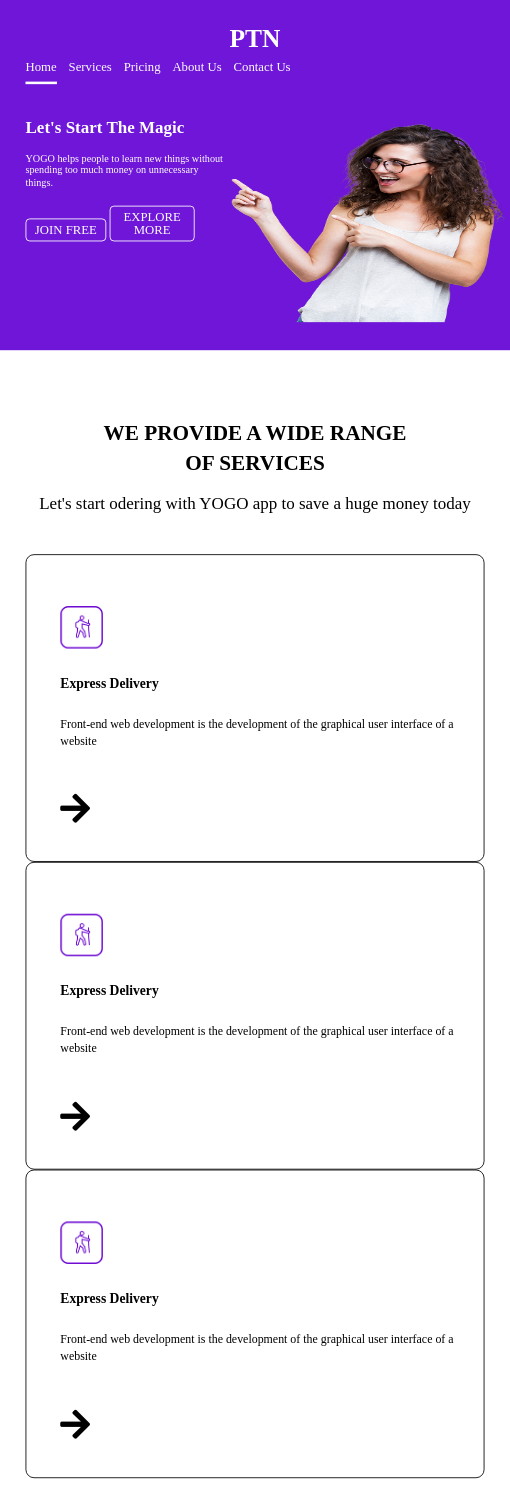
Repository: PhamTrungNguyen/LuyenTap
Page: index.html
An editor plug-in stored every save of this project. The page is shown before and after a run of saves, followed by the edit.
The browser window is 600 px wide. The pictures show the whole page, at 85% of full size.
Some web fonts or font styles are not loaded; a fallback is used. The style sheet was rebuilt from its Sass, Less or Tailwind sources for each picture, by a compiler version that may differ from the author's.

Above is the page before, as saved 2021-12-05 21:57:59.

### index.html
<!DOCTYPE html>
<html lang="en">

<head>
    <meta charset="UTF-8">
    <meta http-equiv="X-UA-Compatible" content="IE=edge">
    <meta name="viewport" content="width=device-width, initial-scale=1.0">
    <title>TN_YoGo</title>
    <link rel="stylesheet" href="./reset.css">
    <link rel="stylesheet" href="./style.css">
    <!-- link truyền icon -->
    <link rel="stylesheet" href="https://cdnjs.cloudflare.com/ajax/libs/font-awesome/5.15.3/css/all.min.css"
        integrity="sha512-iBBXm8fW90+nuLcSKlbmrPcLa0OT92xO1BIsZ+ywDWZCvqsWgccV3gFoRBv0z+8dLJgyAHIhR35VZc2oM/gI1w=="
        crossorigin="anonymous" referrerpolicy="no-referrer" />
    <!-- link font chữ -->
    <link
        href="https://fonts.googleapis.com/css2?family=Roboto:ital,wght@0,300;0,400;1,300;1,400&family=Zen+Loop&display=swap"
        rel="stylesheet">
</head>

<body>
    <!-- -------------------- Logo và menu -------------------- -->
    <header class="header">
        <div class="container">
            <div class="header-main">
                <a href="#" class="header-main_logo">PTN</a>
                <ul class="header-main_menu">
                    <li class="header-main_menu__item">
                        <a href="" class="header-main_menu__link active-home">Home</a>
                    </li>
                    <li class="header-main_menu__item">
                        <a href="" class="header-main_menu__link">Services</a>
                    </li>
                    <li class="header-main_menu__item">
                        <a href="" class="header-main_menu__link">Pricing</a>
                    </li>
                    <li class="header-main_menu__item">
                        <a href="" class="header-main_menu__link">About Us</a>
                    </li>
                    <li class="header-main_menu__item">
                        <a href="" class="header-main_menu__link">Contact Us</a>
                    </li>
                </ul>
            </div>
            <!-- -------------------- Phần header trung tâm -------------------- -->
            <div class="header-center">
                <div class="header-left">
                    <h2 class="header-left_title">Let's Start The Magic</h2>
                    <p class="header-left_desc">YOGO helps people to learn new things without spending too much money on
                        unnecessary things.</p>
                    <div class="header-left_click">
                        <a href="" class="header-left_link">join free</a>
                        <a href="" class="header-left_link">explore more</a>
                    </div>
                </div>
                <div class="header-right">
                    <img src="./images/home-pic.png" alt="" class="header-right_image">
                </div>
            </div>
        </div>
    </header>
    <!-- -------------------- Phần service ( dưới header ) -------------------- -->
    <section class="service">
        <div class="container">
            <div class="service-over">
                <h2 class="service-over_title">we provide a wide range of services</h2>
                <p class="service-over_desc">Let's start odering with YOGO app to save a huge money today</p>
            </div>
            <div class="service-below">
                <div class="service-below--list">
                    <div class="service-below--block">
                        <img src="./images/Icon-1.png" alt="" class="service-below_icon">
                        <h3 class="service-below_title">Express Delivery</h3>
                        <span class="service-below_desc">Front-end web development is the development of the graphical user interface of a website</span>
                        <div class="service-below_item">
                            <i class="fas fa-arrow-right"></i>
                        </div>
                    </div>
                </div>
                <div class="service-below--list">
                    <div class="service-below--block">
                        <img src="./images/Icon-1.png" alt="" class="service-below_icon">
                        <h3 class="service-below_title">Express Delivery</h3>
                        <span class="service-below_desc">Front-end web development is the development of the graphical user interface of a website</span>
                        <div class="service-below_item">
                            <i class="fas fa-arrow-right"></i>
                        </div>
                    </div>
                </div>
                <div class="service-below--list">
                    <div class="service-below--block">
                        <img src="./images/Icon-1.png" alt="" class="service-below_icon">
                        <h3 class="service-below_title">Express Delivery</h3>
                        <span class="service-below_desc">Front-end web development is the development of the graphical user interface of a website</span>
                        <div class="service-below_item">
                            <i class="fas fa-arrow-right"></i>
                        </div>
                    </div>
                </div>

            </div>
        </div>
    </section>

</body>

</html>

### reset.css
/* http://meyerweb.com/eric/tools/css/reset/
   v2.0 | 20110126
   License: none (public domain)
*/

html,
body,
div,
span,
applet,
object,
iframe,
h1,
h2,
h3,
h4,
h5,
h6,
p,
blockquote,
pre,
a,
abbr,
acronym,
address,
big,
cite,
code,
del,
dfn,
em,
img,
ins,
kbd,
q,
s,
samp,
small,
strike,
strong,
sub,
sup,
tt,
var,
b,
u,
i,
center,
dl,
dt,
dd,
ol,
ul,
li,
fieldset,
form,
label,
legend,
table,
caption,
tbody,
tfoot,
thead,
tr,
th,
td,
article,
aside,
canvas,
details,
embed,
figure,
figcaption,
footer,
header,
hgroup,
menu,
nav,
output,
ruby,
section,
summary,
time,
mark,
audio,
video {
  margin: 0;
  padding: 0;
  border: 0;
  font-size: 100%;
  font: inherit;
  vertical-align: baseline;
}
/* HTML5 display-role reset for older browsers */
article,
aside,
details,
figcaption,
figure,
footer,
header,
hgroup,
menu,
nav,
section {
  display: block;
}
body {
  line-height: 1;
}
ol,
ul {
  list-style: none;
}
blockquote,
q {
  quotes: none;
}
blockquote:before,
blockquote:after,
q:before,
q:after {
  content: "";
  content: none;
}
table {
  border-collapse: collapse;
  border-spacing: 0;
}

### style.scss
html {
  font-size: 62.5%;
}
* {
  box-sizing: border-box;
}
body {
  font-family: "Bona Nova", serif;
  font-size: 1.6rem;
  font-weight: normal;
  outline: none;
}
a {
  text-decoration: none;
}
img {
  max-width: 100%;
}
.container {
  padding: 4rem;
}
.active-home {
  border-bottom: 3px solid white !important;
  padding-bottom: 10px;
}
.header {
  //-------------------- Logo và menu --------------------
  background-color: #6f16d8;
  &-main {
    // max-width: 1100px;
    display: flex;
    flex-direction: row;
    justify-content: space-between;
    &_logo {
      display: inline-block;
      text-transform: uppercase;
      font-size: 3rem;
      font-weight: 700;
      color: white;
    }
    &_menu {
      cursor: pointer;
      display: flex;
      flex-direction: row;
      position: relative;
      &__item:not(:last-child) {
        margin-right: 5rem;
      }
      &__link {
        text-transform: uppercase;
        display: inline-block;
        color: white;
        font-size: 1.4rem;
        border-bottom: 2px solid transparent;
        padding-bottom: 10px;
        transition: all 0.25s linear;
      }
      &__link:hover {
        color: black;
        border-bottom: 3px solid white;
      }
    }
  }
}
@media screen and (max-width: 767px) {
  .container {
    padding: 3rem;
  }
  .header-main {
    display: block;
    &_logo {
      display: block;
      text-align: center;
      padding-bottom: 1rem;
    }
  }
  .header-main_menu__item:not(:last-child) {
    margin-right: 1.4rem;
  }
  .header-main_menu__link {
    font-size: 1.5rem;
    text-transform: capitalize;
  }
}
//-------------------- Phần header trung tâm --------------------
.header {
  &-center {
    padding-top: 15rem;
    display: flex;
    justify-content: space-between;
  }
  &-left {
    margin-top: 2rem;
    &_title {
      color: white;
      font-size: 5rem;
      font-weight: bold;
      padding-bottom: 5rem;
    }
    &_desc {
      color: white;
      max-width: 400px;
      line-height: 1.4;
      padding-bottom: 5rem;
    }
    &_link {
      display: inline-block;
      padding: 1rem 2rem;
      color: white;
      text-transform: uppercase;
      border-radius: 0.5rem;
      border: 1px solid white;
      transition: all 0.25s linear;
      margin-right: 2rem;
    }
    &_link:hover {
      background-color: #fff;
      color: black;
    }
  }
  &-right {
    margin-right: 10rem;
    margin-top: -10rem;
    &_image {
      width: 45rem;
    }
  }
}
@media screen and (max-width: 1023px) {
  .header-left {
    margin-top: 0rem;
  }
  .header-center {
    padding-top: 8rem;
  }
  .header-right {
    margin-right: 0rem;
    margin-top: -3rem;
  }
  .header-left_title {
    padding-bottom: 3rem;
  }
  .header-left_desc {
    max-width: 350px;
    padding-bottom: 4rem;
  }
}
@media  screen and (max-width:767px){
  .header-center {
    padding-top: 4rem;
}
  .header-left_title {
    font-size: 2rem;
    padding-bottom: 2rem;
}
.header-right_image {
  width: 50rem;
  height: 24rem;
}
.header-right {
  margin-right: -3rem;
  margin-top: 0rem;
}
.header-left_desc {
  line-height: 1.2;
  padding-bottom: 0rem;
  font-size: 1.2rem;
}
.header-left_link {
  margin-top: 2rem;
  padding: 0.5rem 1rem;
  font-size: 1.5rem;
  margin-right: 0rem;
  max-width: 10rem;
  text-align: center;
}
}
//-------------------- Phần service ( dưới header ) --------------------
.service
{
  padding-top: 5rem;
  &-over
  {
    padding-bottom: 5rem;
    text-align: center;
    &_title
    {
      margin: 0 auto;
      text-transform: uppercase;
      color: black;
      font-size: 2.5rem;
      font-weight: 600;
      max-width:380px;
      padding-bottom: 2rem;
      line-height: 1.4;
    }
    &_desc
    {
      font-size: 2rem;
    }
  }
  &-below
  {

    display:flex;
    flex-wrap: wrap;
    &--block{
      cursor: pointer;
      padding:6rem 3rem 4rem 4rem;
      // background-color: #6f16d8;
      border-radius:1rem;
      transition: all 0.75s ease;
      border: 1px solid black;
    }
    &--list{
      width: calc(33.33% - 2rem);

    }
    &--list:hover{
      .service-below--block{
        background-color: #6f16d8;
        border: 1px solid #6f16d8;
      }
      .service-below_title , .service-below_desc,.service-below_item {
        transition: all 0.75s ease;
        color:white;
      }


    }
    &--list:not(:last-child)
    {
      margin-right: 3rem;

    }
    &_icon {
     width:5rem;
     height:5rem;
     margin-bottom: 3rem;
    }
    &_title{
      color: black;
      font-weight: 600;
      padding-bottom: 3rem;
      // transition: all 0.5s ease;
    }
    &_desc{
      color: black;
      line-height:1.4;
      word-break: break-word;
      font-size: 1.4rem;
      // transition: all 0.5s ease;
    }
    &_item{
      padding-top: 5rem;
      font-size: 4rem;
    }
  }
}
@media  screen and (max-width:767px){
  .service-below {
    display: block;
}
.service-below--list {
  width: 100%;
}

}

After the next 2 saves:
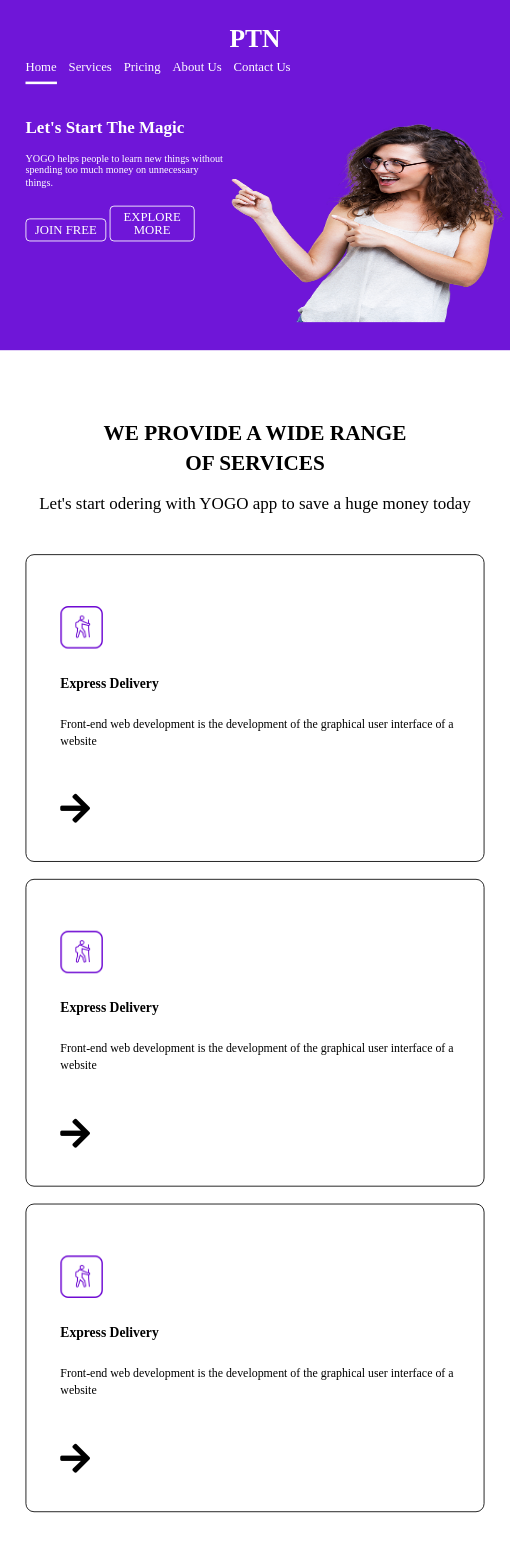
The 2 saves are shown as one change because they came seconds apart.
The last was saved 40 s later.
--- a/style.scss
+++ b/style.scss
@@ -263,6 +263,7 @@ img {
 }
 .service-below--list {
   width: 100%;
-}
-
-}
+  margin-bottom: 2rem;
+}
+
+}
